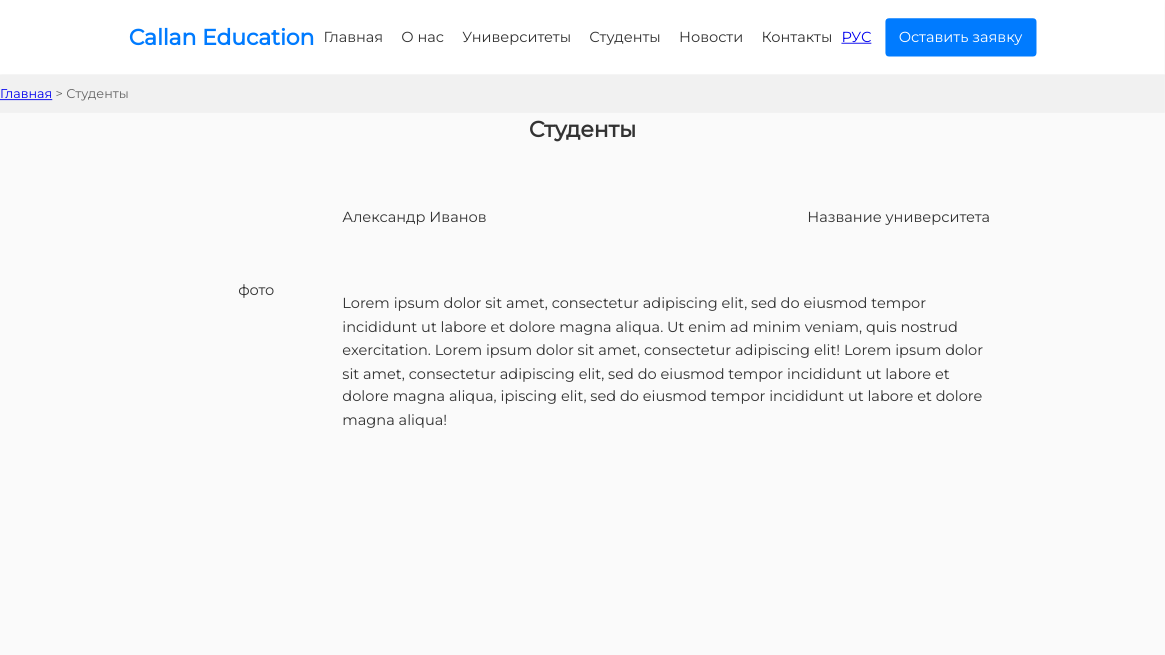
Repository: olyakorzh/Team-project-1
Page: assets/pages/students.html
These files come from the project's save history. The page is drawn as it stood at one moment and after a run of saves; the edit follows.
The browser window is 1280 px wide. The pictures show the whole page, at 91% of full size.

Above is the page before, as saved 2024-12-03 23:15:13.

After the next 4 saves:
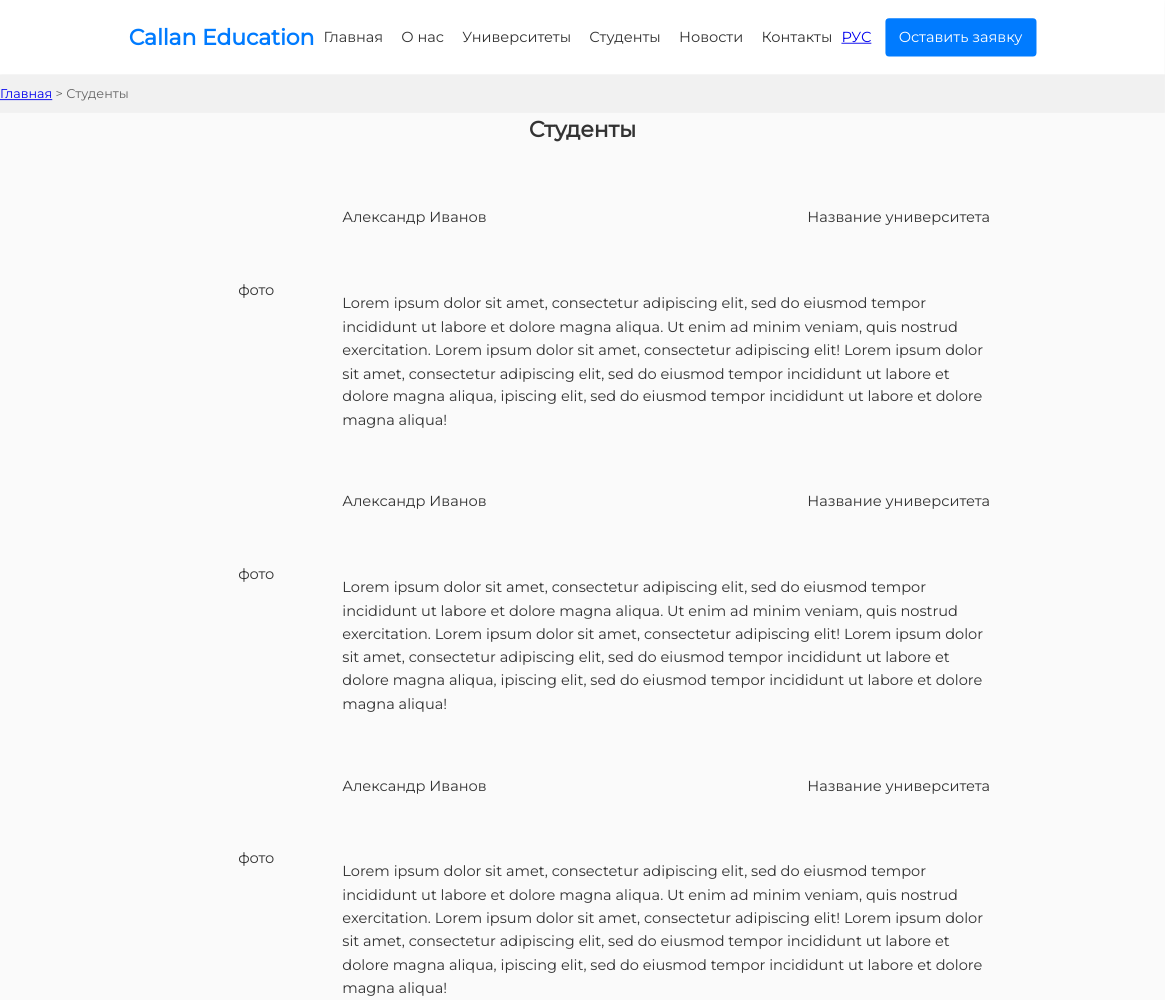
The 4 saves are shown as one change because they came seconds apart.
The last was saved 25 s later.
--- a/assets/pages/students.html
+++ b/assets/pages/students.html
@@ -52,6 +52,22 @@
           <div class="block3">Lorem ipsum dolor sit amet, consectetur adipiscing elit, sed do eiusmod tempor incididunt ut labore et dolore magna aliqua. Ut enim ad minim veniam, quis nostrud exercitation. Lorem ipsum dolor sit amet, consectetur adipiscing elit! Lorem ipsum dolor sit amet, consectetur adipiscing elit, sed do eiusmod tempor incididunt ut labore et dolore magna aliqua, ipiscing elit, sed do eiusmod tempor incididunt ut labore et dolore magna aliqua!</div>
          </div>
         </div>
+        <div class="basic">
+          <div class="containerstudent">
+          <div class="block_foto">фото</div>
+          <div class="block1">Александр Иванов</div>
+          <div class="block2">Название университета</div>
+          <div class="block3">Lorem ipsum dolor sit amet, consectetur adipiscing elit, sed do eiusmod tempor incididunt ut labore et dolore magna aliqua. Ut enim ad minim veniam, quis nostrud exercitation. Lorem ipsum dolor sit amet, consectetur adipiscing elit! Lorem ipsum dolor sit amet, consectetur adipiscing elit, sed do eiusmod tempor incididunt ut labore et dolore magna aliqua, ipiscing elit, sed do eiusmod tempor incididunt ut labore et dolore magna aliqua!</div>
+         </div>
+        </div>
+        <div class="basic">
+          <div class="containerstudent">
+          <div class="block_foto">фото</div>
+          <div class="block1">Александр Иванов</div>
+          <div class="block2">Название университета</div>
+          <div class="block3">Lorem ipsum dolor sit amet, consectetur adipiscing elit, sed do eiusmod tempor incididunt ut labore et dolore magna aliqua. Ut enim ad minim veniam, quis nostrud exercitation. Lorem ipsum dolor sit amet, consectetur adipiscing elit! Lorem ipsum dolor sit amet, consectetur adipiscing elit, sed do eiusmod tempor incididunt ut labore et dolore magna aliqua, ipiscing elit, sed do eiusmod tempor incididunt ut labore et dolore magna aliqua!</div>
+         </div>
+        </div>
         </main>
 </body>
 </html>
